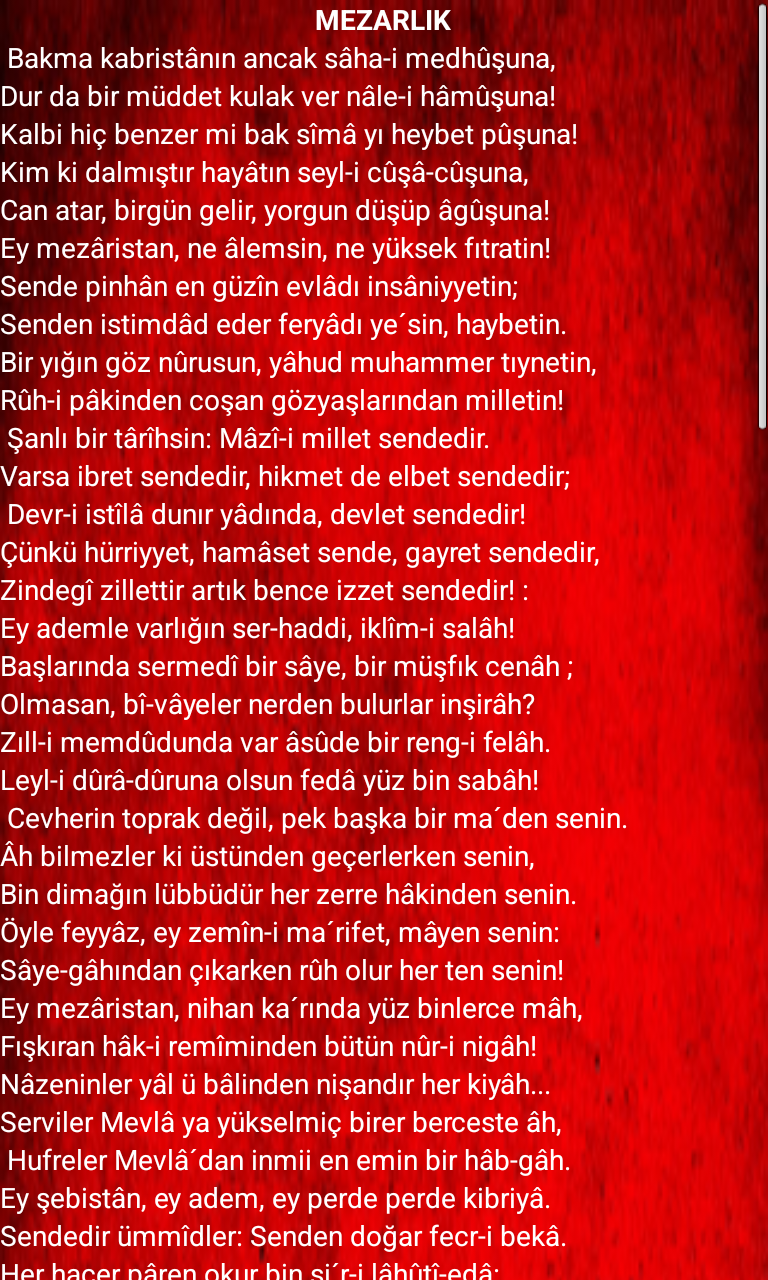
Repository: dokayazilim/Safahat-Android--Uygulamasi
Layout: safahat(android)/Safahat/res/layout/kitap9.xml
An editor plug-in stored every save of this project. The layout is shown before and after the next save, followed by the edit.
It is drawn on a 768 x 1280 px phone screen (xhdpi) without system bars, with theme android:Theme; the app's code is not run.

Above is the layout before, as saved 2012-09-06 11:14:50.

### safahat(android)/Safahat/res/layout/kitap9.xml
<?xml version="1.0" encoding="utf-8"?>
<ScrollView    android:id="@+id/widget1"    android:layout_width="fill_parent"    android:layout_height="fill_parent"    xmlns:android="http://schemas.android.com/apk/res/android"    >
<LinearLayout xmlns:android="http://schemas.android.com/apk/res/android"
    android:layout_width="fill_parent"
    android:layout_height="fill_parent"
    android:orientation="vertical" android:background="@drawable/androidturk">

    <TextView
        android:id="@+id/textView1"
        android:layout_width="wrap_content"
        android:layout_height="wrap_content"
        android:text="MEZARLIK" android:textColor="#ffffff" android:layout_gravity="center" android:textStyle="bold"/>
<TextView
        android:id="@+id/textView2"
        android:layout_width="wrap_content"
        android:layout_height="wrap_content"
        android:text="
Bakma kabristânın ancak sâha-i medhûşuna,
" android:textColor="#ffffff" />
<TextView
        android:id="@+id/textView3"
        android:layout_width="wrap_content"
        android:layout_height="wrap_content"
        android:text="Dur da bir müddet kulak ver nâle-i hâmûşuna! " android:textColor="#ffffff" />
<TextView
        android:id="@+id/textView4"
        android:layout_width="wrap_content"
        android:layout_height="wrap_content"
        android:text="Kalbi hiç benzer mi bak sîmâ yı heybet pûşuna! " android:textColor="#ffffff" />
<TextView
        android:id="@+id/textView5"
        android:layout_width="wrap_content"
        android:layout_height="wrap_content"
        android:text="Kim ki dalmıştır hayâtın seyl-i cûşâ-cûşuna, " android:textColor="#ffffff" />
<TextView
        android:id="@+id/textView6"
        android:layout_width="wrap_content"
        android:layout_height="wrap_content"
        android:text="Can atar, birgün gelir, yorgun düşüp âgûşuna! " android:textColor="#ffffff" />
<TextView
        android:id="@+id/textView7"
        android:layout_width="wrap_content"
        android:layout_height="wrap_content"
        android:text="Ey mezâristan, ne âlemsin, ne yüksek fıtratin! " android:textColor="#ffffff" />
<TextView
        android:id="@+id/textView8"
        android:layout_width="wrap_content"
        android:layout_height="wrap_content"
        android:text="Sende pinhân en güzîn evlâdı insâniyyetin;
" android:textColor="#ffffff" />
<TextView
        android:id="@+id/textView9"
        android:layout_width="wrap_content"
        android:layout_height="wrap_content"
        android:text="Senden istimdâd eder feryâdı ye´sin, haybetin. " android:textColor="#ffffff" />
<TextView
        android:id="@+id/textView10"
        android:layout_width="wrap_content"
        android:layout_height="wrap_content"
        android:text="Bir yığın göz nûrusun, yâhud muhammer tıynetin,
" android:textColor="#ffffff" />
<TextView
        android:id="@+id/textView11"
        android:layout_width="wrap_content"
        android:layout_height="wrap_content"
        android:text="Rûh-i pâkinden coşan gözyaşlarından milletin! " android:textColor="#ffffff" />
<TextView
        android:id="@+id/textView12"
        android:layout_width="wrap_content"
        android:layout_height="wrap_content"
        android:text="
Şanlı bir târîhsin: Mâzî-i millet sendedir.
" android:textColor="#ffffff" />
<TextView
        android:id="@+id/textView13"
        android:layout_width="wrap_content"
        android:layout_height="wrap_content"
        android:text="Varsa ibret sendedir, hikmet de elbet sendedir; " android:textColor="#ffffff" />
<TextView
        android:id="@+id/textView14"
        android:layout_width="wrap_content"
        android:layout_height="wrap_content"
        android:text="
Devr-i istîlâ dunır yâdında, devlet sendedir!
" android:textColor="#ffffff" />
<TextView
        android:id="@+id/textView15"
        android:layout_width="wrap_content"
        android:layout_height="wrap_content"
        android:text="Çünkü hürriyyet, hamâset sende, gayret sendedir, " android:textColor="#ffffff" />
<TextView
        android:id="@+id/textView16"
        android:layout_width="wrap_content"
        android:layout_height="wrap_content"
        android:text="Zindegî zillettir artık bence izzet sendedir! :" android:textColor="#ffffff" />
<TextView
        android:id="@+id/textView17"
        android:layout_width="wrap_content"
        android:layout_height="wrap_content"
        android:text="Ey ademle varlığın ser-haddi, iklîm-i salâh! " android:textColor="#ffffff" />
<TextView
        android:id="@+id/textView18"
        android:layout_width="wrap_content"
        android:layout_height="wrap_content"
        android:text="Başlarında sermedî bir sâye, bir müşfık cenâh ;" android:textColor="#ffffff" />
<TextView
        android:id="@+id/textView19"
        android:layout_width="wrap_content"
        android:layout_height="wrap_content"
        android:text="Olmasan, bî-vâyeler nerden bulurlar inşirâh? " android:textColor="#ffffff" />
<TextView
        android:id="@+id/textView20"
        android:layout_width="wrap_content"
        android:layout_height="wrap_content"
        android:text="Zıll-i memdûdunda var âsûde bir reng-i felâh. " android:textColor="#ffffff" />
<TextView
        android:id="@+id/textView21"
        android:layout_width="wrap_content"
        android:layout_height="wrap_content"
        android:text="Leyl-i dûrâ-dûruna olsun fedâ yüz bin sabâh! " android:textColor="#ffffff" />
<TextView
        android:id="@+id/textView22"
        android:layout_width="wrap_content"
        android:layout_height="wrap_content"
        android:text="
Cevherin toprak değil, pek başka bir ma´den senin.
" android:textColor="#ffffff" />
<TextView
        android:id="@+id/textView23"
        android:layout_width="wrap_content"
        android:layout_height="wrap_content"
        android:text="Âh bilmezler ki üstünden geçerlerken senin, " android:textColor="#ffffff" />
<TextView
        android:id="@+id/textView24"
        android:layout_width="wrap_content"
        android:layout_height="wrap_content"
        android:text="Bin dimağın lübbüdür her zerre hâkinden senin.
" android:textColor="#ffffff" />
<TextView
        android:id="@+id/textView25"
        android:layout_width="wrap_content"
        android:layout_height="wrap_content"
        android:text="Öyle feyyâz, ey zemîn-i ma´rifet, mâyen senin: " android:textColor="#ffffff" />
<TextView
        android:id="@+id/textView26"
        android:layout_width="wrap_content"
        android:layout_height="wrap_content"
        android:text="Sâye-gâhından çıkarken rûh olur her ten senin! " android:textColor="#ffffff" />
<TextView
        android:id="@+id/textView27"
        android:layout_width="wrap_content"
        android:layout_height="wrap_content"
        android:text="Ey mezâristan, nihan ka´rında yüz binlerce mâh, " android:textColor="#ffffff" />
<TextView
        android:id="@+id/textView28"
        android:layout_width="wrap_content"
        android:layout_height="wrap_content"
        android:text="Fışkıran hâk-i remîminden bütün nûr-i nigâh! " android:textColor="#ffffff" />
<TextView
        android:id="@+id/textView29"
        android:layout_width="wrap_content"
        android:layout_height="wrap_content"
        android:text="Nâzeninler yâl ü bâlinden nişandır her kiyâh... " android:textColor="#ffffff" />
<TextView
        android:id="@+id/textView30"
        android:layout_width="wrap_content"
        android:layout_height="wrap_content"
        android:text="Serviler Mevlâ ya yükselmiç birer berceste âh, " android:textColor="#ffffff" />
<TextView
        android:id="@+id/textView31"
        android:layout_width="wrap_content"
        android:layout_height="wrap_content"
        android:text="
Hufreler Mevlâ´dan inmii en emin bir hâb-gâh.
" android:textColor="#ffffff" />
<TextView
        android:id="@+id/textView32"
        android:layout_width="wrap_content"
        android:layout_height="wrap_content"
        android:text="Ey şebistân, ey adem, ey perde perde kibriyâ. " android:textColor="#ffffff" />
<TextView
        android:id="@+id/textView33"
        android:layout_width="wrap_content"
        android:layout_height="wrap_content"
        android:text="Sendedir ümmîdler: Senden doğar fecr-i bekâ. " android:textColor="#ffffff" />
<TextView
        android:id="@+id/textView34"
        android:layout_width="wrap_content"
        android:layout_height="wrap_content"
        android:text="Her hacer pâren okur bin şi´r-i lâhûtî-edâ; " android:textColor="#ffffff" />
<TextView
        android:id="@+id/textView35"
        android:layout_width="wrap_content"
        android:layout_height="wrap_content"
        android:text="Her neşîden rûhu eyler sennediyyet-âçinâ. " android:textColor="#ffffff" />
<TextView
        android:id="@+id/textView36"
        android:layout_width="wrap_content"
        android:layout_height="wrap_content"
        android:text="Ey semâvî hâk, benden bin selâm olsun sana. " android:textColor="#ffffff" />
<TextView
        android:id="@+id/textView37"
        android:layout_width="wrap_content"
        android:layout_height="wrap_content"
        android:text="
Sıkınca rûhumu ba´zen metâlibiyle hayât,
" android:textColor="#ffffff" />
<TextView
        android:id="@+id/textView38"
        android:layout_width="wrap_content"
        android:layout_height="wrap_content"
        android:text="Olur yegâne mesîrem mahalle-i emvât. " android:textColor="#ffffff" />
<TextView
        android:id="@+id/textView39"
        android:layout_width="wrap_content"
        android:layout_height="wrap_content"
        android:text="Muhît-i velvele-dârında zindegânînin, " android:textColor="#ffffff" />
<TextView
        android:id="@+id/textView40"
        android:layout_width="wrap_content"
        android:layout_height="wrap_content"
        android:text="
Ferâğ-ı dâimi yoktur hayât-ı sânînin.
" android:textColor="#ffffff" />
<TextView
        android:id="@+id/textView41"
        android:layout_width="wrap_content"
        android:layout_height="wrap_content"
        android:text="Ne levs-i hırs ü mezellet zemîn-i pâkinde, " android:textColor="#ffffff" />
<TextView
        android:id="@+id/textView42"
        android:layout_width="wrap_content"
        android:layout_height="wrap_content"
        android:text="Ne hây ü hûy-i maîşet harîm-i hâkinde, " android:textColor="#ffffff" />
<TextView
        android:id="@+id/textView43"
        android:layout_width="wrap_content"
        android:layout_height="wrap_content"
        android:text="Bu kâinât-ı huzûnın fezâ yı sâmitini " android:textColor="#ffffff" />
<TextView
        android:id="@+id/textView44"
        android:layout_width="wrap_content"
        android:layout_height="wrap_content"
        android:text="Görünce, ömr-i perîşânımın merâretini, " android:textColor="#ffffff" />
<TextView
        android:id="@+id/textView45"
        android:layout_width="wrap_content"
        android:layout_height="wrap_content"
        android:text="Velev bir ân için olsun atıp hayâlimden, " android:textColor="#ffffff" />
<TextView
        android:id="@+id/textView46"
        android:layout_width="wrap_content"
        android:layout_height="wrap_content"
        android:text="Uzaklaşır giderim mâsivâya artık ben. " android:textColor="#ffffff" />
<TextView
        android:id="@+id/textView47"
        android:layout_width="wrap_content"
        android:layout_height="wrap_content"
        android:text="Şu mâsivâ denilen kayd-ı ukde ber-ukde " android:textColor="#ffffff" />
<TextView
        android:id="@+id/textView48"
        android:layout_width="wrap_content"
        android:layout_height="wrap_content"
        android:text="Kırılmadan olamaz ruh bir dem âsûde.  " android:textColor="#ffffff" />
<TextView
        android:id="@+id/textView49"
        android:layout_width="wrap_content"
        android:layout_height="wrap_content"
        android:text="Fakat kırılmak için böyle bir zemîn ister... " android:textColor="#ffffff" />
<TextView
        android:id="@+id/textView50"
        android:layout_width="wrap_content"
        android:layout_height="wrap_content"
        android:text="Zemîn değil yalınız, kalb-i âhenin ister! " android:textColor="#ffffff" />
<TextView
        android:id="@+id/textView51"
        android:layout_width="wrap_content"
        android:layout_height="wrap_content"
        android:text="Geçen sabâh idi Eyyûb´a doğru çıkmıştım. " android:textColor="#ffffff" />
<TextView
        android:id="@+id/textView52"
        android:layout_width="wrap_content"
        android:layout_height="wrap_content"
        android:text="Aşıp da sûrunu şehrin atınca birkaç adım, " android:textColor="#ffffff" />
<TextView
        android:id="@+id/textView53"
        android:layout_width="wrap_content"
        android:layout_height="wrap_content"
        android:text="
Ufuk değişti, önümden çekildi eski cihan;
" android:textColor="#ffffff" />
<TextView
        android:id="@+id/textView54"
        android:layout_width="wrap_content"
        android:layout_height="wrap_content"
        android:text="
Göründü karşıda füshat-serâ yı kabristan.
" android:textColor="#ffffff" />
<TextView
        android:id="@+id/textView55"
        android:layout_width="wrap_content"
        android:layout_height="wrap_content"
        android:text="Fakat o bir koca deryâ-yı sermediyyet idi, " android:textColor="#ffffff" />
<TextView
        android:id="@+id/textView56"
        android:layout_width="wrap_content"
        android:layout_height="wrap_content"
        android:text="Ki her haziyre-i sengîni mevc-i müncemidi! " android:textColor="#ffffff" />
<TextView
        android:id="@+id/textView57"
        android:layout_width="wrap_content"
        android:layout_height="wrap_content"
        android:text="Kenarda durmıyarak girdim en derin yerine, " android:textColor="#ffffff" />
<TextView
        android:id="@+id/textView58"
        android:layout_width="wrap_content"
        android:layout_height="wrap_content"
        android:text="Oturdum arkamı verdim de taşlann birine. " android:textColor="#ffffff" />
<TextView
        android:id="@+id/textView59"
        android:layout_width="wrap_content"
        android:layout_height="wrap_content"
        android:text="Ridâ-yı samte bürünmüş bütün yesâr ü yemîn, " android:textColor="#ffffff" />
<TextView
        android:id="@+id/textView60"
        android:layout_width="wrap_content"
        android:layout_height="wrap_content"
        android:text="Huzûr içinde ağaçlar, sükûn içinde zemîn. " android:textColor="#ffffff" />
<TextView
        android:id="@+id/textView61"
        android:layout_width="wrap_content"
        android:layout_height="wrap_content"
        android:text="
Bütün o yükselen emvâc, o bî-nihâye deniz,
" android:textColor="#ffffff" />
<TextView
        android:id="@+id/textView62"
        android:layout_width="wrap_content"
        android:layout_height="wrap_content"
        android:text="Derin bir uykuya dalmıştı, her taraf sessiz. " android:textColor="#ffffff" />
<TextView
        android:id="@+id/textView63"
        android:layout_width="wrap_content"
        android:layout_height="wrap_content"
        android:text="Yavaş yavaş açılıp perde-i likâ yı muhit; " android:textColor="#ffffff" />
<TextView
        android:id="@+id/textView64"
        android:layout_width="wrap_content"
        android:layout_height="wrap_content"
        android:text="
Harîm-i rûhumu doldurdu kibriyâ-yı muhit.
" android:textColor="#ffffff" />
<TextView
        android:id="@+id/textView65"
        android:layout_width="wrap_content"
        android:layout_height="wrap_content"
        android:text="Fakat bu beste-i lâhût nerden aksediyor, " android:textColor="#ffffff" />
<TextView
        android:id="@+id/textView66"
        android:layout_width="wrap_content"
        android:layout_height="wrap_content"
        android:text="Ki 'Ellezî halâka´l-mevte ve´l-hayâte... ' diyor? " android:textColor="#ffffff" />
<TextView
        android:id="@+id/textView67"
        android:layout_width="wrap_content"
        android:layout_height="wrap_content"
        android:text="Nedir samîm-i sükûnette böyle bir feryâd? " android:textColor="#ffffff" />
<TextView
        android:id="@+id/textView68"
        android:layout_width="wrap_content"
        android:layout_height="wrap_content"
        android:text="Neşîde Hâlik´ın, ammâ kim eyliyor inşâd? " android:textColor="#ffffff" />
<TextView
        android:id="@+id/textView69"
        android:layout_width="wrap_content"
        android:layout_height="wrap_content"
        android:text="Zaman zaman ederek yükselen terâne hurûş, " android:textColor="#ffffff" />
<TextView
        android:id="@+id/textView70"
        android:layout_width="wrap_content"
        android:layout_height="wrap_content"
        android:text="Enîne başladı nâgâh kâinât-ı hamûş! " android:textColor="#ffffff" />
<TextView
        android:id="@+id/textView71"
        android:layout_width="wrap_content"
        android:layout_height="wrap_content"
        android:text="O serviler müteheyyic cemâ´at-i kübrâ " android:textColor="#ffffff" />
<TextView
        android:id="@+id/textView72"
        android:layout_width="wrap_content"
        android:layout_height="wrap_content"
        android:text="Kesildi... Her birisinden duyuldu aynı sadâ. " android:textColor="#ffffff" />
<TextView
        android:id="@+id/textView73"
        android:layout_width="wrap_content"
        android:layout_height="wrap_content"
        android:text="Mekâbir inledi, taşlar birer lisân oldu; " android:textColor="#ffffff" />
<TextView
        android:id="@+id/textView74"
        android:layout_width="wrap_content"
        android:layout_height="wrap_content"
        android:text="Kitâbeler de o taşlarla hem-zebân oldu. " android:textColor="#ffffff" />
<TextView
        android:id="@+id/textView75"
        android:layout_width="wrap_content"
        android:layout_height="wrap_content"
        android:text="Görünce zinde bütün mahşer-i heyûlâyı, " android:textColor="#ffffff" />
<TextView
        android:id="@+id/textView76"
        android:layout_width="wrap_content"
        android:layout_height="wrap_content"
        android:text="Mezâra rûh veren nefh-i pâk-i Mevlâyı, " android:textColor="#ffffff" />
<TextView
        android:id="@+id/textView77"
        android:layout_width="wrap_content"
        android:layout_height="wrap_content"
        android:text="Hayâle daldım; o füshat-serâ yı dûrâ-dûr " android:textColor="#ffffff" />
<TextView
        android:id="@+id/textView78"
        android:layout_width="wrap_content"
        android:layout_height="wrap_content"
        android:text="Göründü dîde-i medhûşa bir cihân-ı nüşûr! " android:textColor="#ffffff" />
<TextView
        android:id="@+id/textView79"
        android:layout_width="wrap_content"
        android:layout_height="wrap_content"
        android:text="Kefen be-dûş-i bekâ bî-nihâye ecsâdın, " android:textColor="#ffffff" />
<TextView
        android:id="@+id/textView80"
        android:layout_width="wrap_content"
        android:layout_height="wrap_content"
        android:text="O, dehri hîçe sayan, kârbân-ı ecdâdın" android:textColor="#ffffff" />
<TextView
        android:id="@+id/textView81"
        android:layout_width="wrap_content"
        android:layout_height="wrap_content"
        android:text="
Akın akın geçerek pîşgâh-ı izzette,
" android:textColor="#ffffff" />
<TextView
        android:id="@+id/textView82"
        android:layout_width="wrap_content"
        android:layout_height="wrap_content"
        android:text="-Muhît-i havf ü recâdan makâm-ı hayrette- " android:textColor="#ffffff" />
<TextView
        android:id="@+id/textView83"
        android:layout_width="wrap_content"
        android:layout_height="wrap_content"
        android:text="Kıyâm-ı aczini seyreyledim... Ne dehşetmiş " android:textColor="#ffffff" />
<TextView
        android:id="@+id/textView84"
        android:layout_width="wrap_content"
        android:layout_height="wrap_content"
        android:text="Sücûd-i hilkati görmek huzûr-i kudrette! " android:textColor="#ffffff" />
<TextView
        android:id="@+id/textView85"
        android:layout_width="wrap_content"
        android:layout_height="wrap_content"
        android:text="Bu herc ü merc-i kıyâmet-nümûna hâkim olan " android:textColor="#ffffff" />
<TextView
        android:id="@+id/textView86"
        android:layout_width="wrap_content"
        android:layout_height="wrap_content"
        android:text="Hatîb-i âlem-i ulvî nihâyet oldu iyan:
Gözüm, uzaktaki bir medfenin ayak ucuna
" android:textColor="#ffffff" />
<TextView
        android:id="@+id/textView87"
        android:layout_width="wrap_content"
        android:layout_height="wrap_content"
        android:text="Çöküp ziyâret eden, bir çocukla bir kadına " android:textColor="#ffffff" />
<TextView
        android:id="@+id/textView88"
        android:layout_width="wrap_content"
        android:layout_height="wrap_content"
        android:text="İlişti. Sonra biraz yaklaşınca, iyiden iyi
Tezâhür eyledi: Baktım, çocuk Tebâreke' yi
" android:textColor="#ffffff" />
<TextView
        android:id="@+id/textView89"
        android:layout_width="wrap_content"
        android:layout_height="wrap_content"
        android:text="Kemâl-i vecd ile ezber tilâvet eylemede;
Yanında annesi gözyaşlarıyle dinlemede
" android:textColor="#ffffff" />
<TextView
        android:id="@+id/textView90"
        android:layout_width="wrap_content"
        android:layout_height="wrap_content"
        android:text="Eder dururdu birer âşiyân-ı nûra şitâb." android:textColor="#ffffff" />
<TextView
        android:id="@+id/textView91"
        android:layout_width="wrap_content"
        android:layout_height="wrap_content"
        android:text="Birazdan oynıyacak hepsi bunların, ne iyi!" android:textColor="#ffffff" />
<TextView
        android:id="@+id/textView92"
        android:layout_width="wrap_content"
        android:layout_height="wrap_content"
        android:text="Fakat Hasan, babasından kalan o pis küfeyi," android:textColor="#ffffff" />
<TextView
        android:id="@+id/textView93"
        android:layout_width="wrap_content"
        android:layout_height="wrap_content"
        android:text="-Ki ezmek istedi görmekle reh-güzârında-" android:textColor="#ffffff" />
<TextView
        android:id="@+id/textView94"
        android:layout_width="wrap_content"
        android:layout_height="wrap_content"
        android:text="İlel'ebed çekecek dûş-i ıztırârında!" android:textColor="#ffffff" />
<TextView
        android:id="@+id/textView95"
        android:layout_width="wrap_content"
        android:layout_height="wrap_content"
        android:text="
O, yük değil, kaderin bir cezâsı ma'sûma...
" android:textColor="#ffffff" />
<TextView
        android:id="@+id/textView96"
        android:layout_width="wrap_content"
        android:layout_height="wrap_content"
        android:text="Yazık, günâhı nedir, bilmeyen şu mahkûma!" android:textColor="#ffffff" />
<TextView
        android:id="@+id/textView97"
        android:layout_width="wrap_content"
        android:layout_height="wrap_content"
        android:text="Mehmet Akif ERSOY" android:textColor="#ffffff" android:textStyle="bold"/>

</LinearLayout>
</ScrollView>

After the next save:
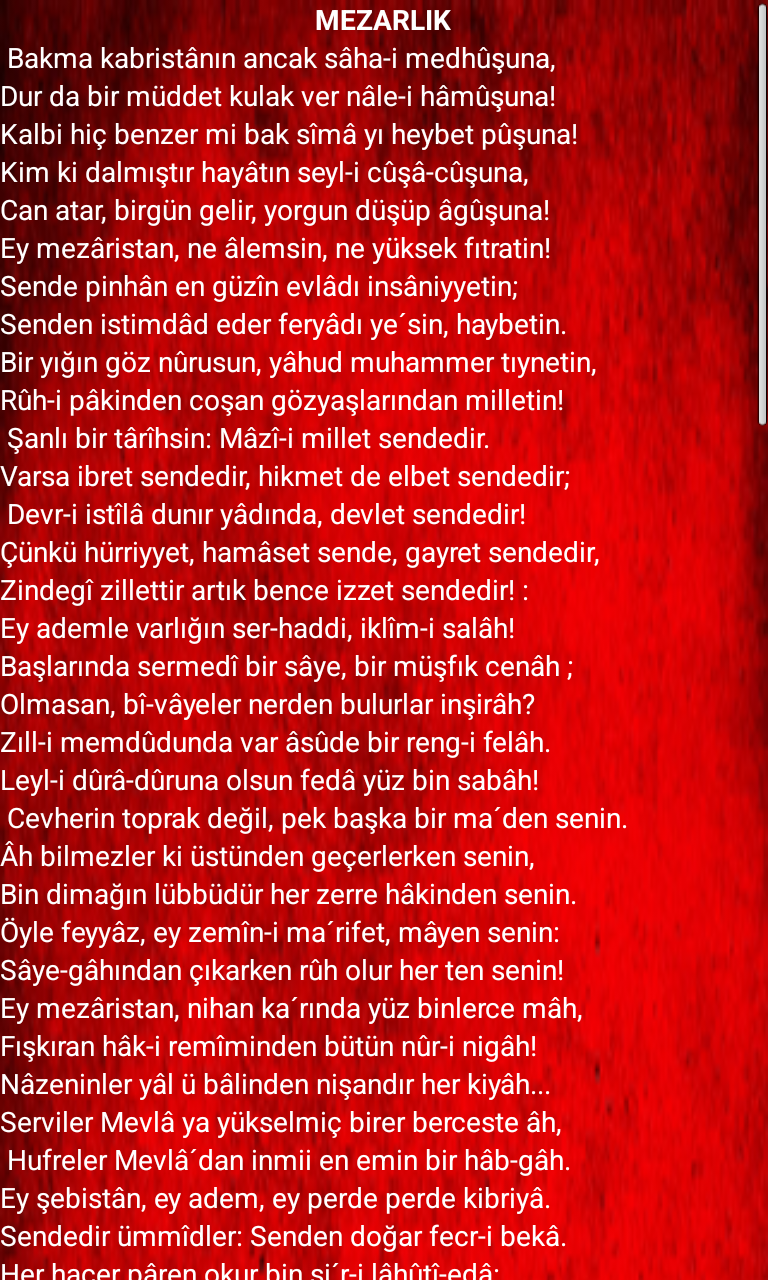
Saved 38 s later.
--- a/safahat(android)/Safahat/res/layout/kitap9.xml
+++ b/safahat(android)/Safahat/res/layout/kitap9.xml
@@ -487,17 +487,20 @@ Yanında annesi gözyaşlarıyle dinlemede
         android:id="@+id/textView90"
         android:layout_width="wrap_content"
         android:layout_height="wrap_content"
-        android:text="Eder dururdu birer âşiyân-ı nûra şitâb." android:textColor="#ffffff" />
+        android:text="Zemîne ra´şe verirken neşâid-i melekût, " android:textColor="#ffffff" />
 <TextView
         android:id="@+id/textView91"
         android:layout_width="wrap_content"
         android:layout_height="wrap_content"
-        android:text="Birazdan oynıyacak hepsi bunların, ne iyi!" android:textColor="#ffffff" />
+        android:text="Ne manzaraydı İlâhî o makber-i mebhût? !" android:textColor="#ffffff" />
 <TextView
         android:id="@+id/textView92"
         android:layout_width="wrap_content"
         android:layout_height="wrap_content"
-        android:text="Fakat Hasan, babasından kalan o pis küfeyi," android:textColor="#ffffff" />
+        android:text="Çocuk hayâta, o makber de mevte bir levha.
+Tezâd-ı kudreti gör.Bak şu levh-i zirûha!
+
+" android:textColor="#ffffff" />
 <TextView
         android:id="@+id/textView93"
         android:layout_width="wrap_content"
